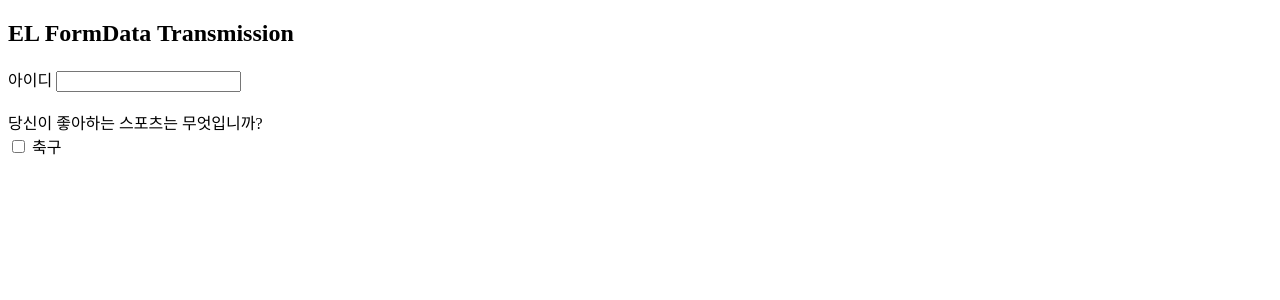
Repository: songyooon/java2
Page: http://localhost/practice03/05ELDataForm.jsp
These files come from the project's save history. The page is drawn as it stood at one moment and after the next save; the edit follows.
The browser window is 1280 px wide. The pictures show the whole page.
The page is served by Tomcat 9.

Above is the page before, as saved 2022-11-10 04:47:59.

After the next save:
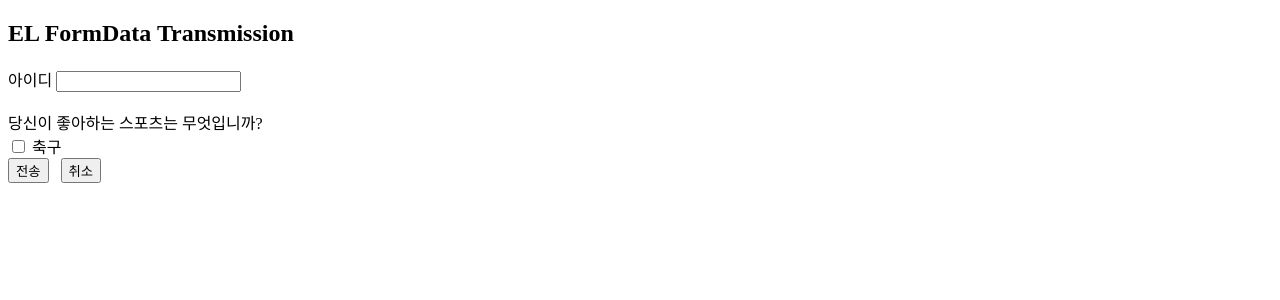
Saved 49 s later.
--- a/practice03/WebContent/05ELDataForm.jsp
+++ b/practice03/WebContent/05ELDataForm.jsp
@@ -20,6 +20,9 @@
 		<input type="checkbox" id="hobby1" name="hobby" value="축구">
 		<label for="hobby1">축구</label><br>
 
+		<input type="submit" value="전송">&nbsp;&nbsp;
+		<input type="reset" value="취소">
+
 
 	</form>
 </body>
